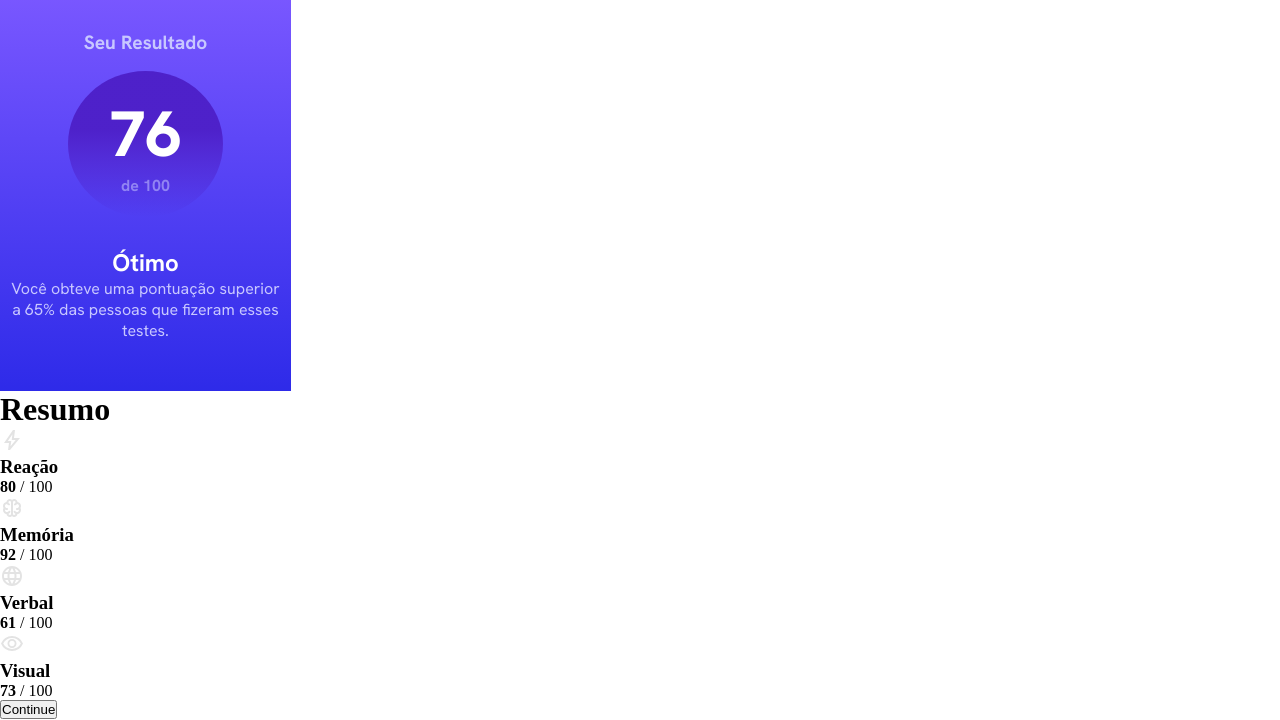
Repository: caique2512/resumo-de-resultados
Page: index.html
An editor plug-in stored every save of this project. The page is shown before and after the next save, followed by the edit.
The browser window is 1280 px wide. The pictures show the whole page.

Above is the page before, as saved 2026-03-09 17:03:44.

### index.html
<!DOCTYPE html>
<html lang="pt-br">
<head>
    <meta charset="UTF-8">
    <meta name="viewport" content="width=device-width, initial-scale=1.0">
    <title>Resumo de Resultados</title>
    <link rel="stylesheet" href="src/css/estilos.css">
    <link rel="stylesheet" href="src/css/reset.css">
</head>
<body>
    <main class="conteudo">
        <div class="principal">
            <h1 class="titulo">Seu Resultado</h1>
            <div class="circulo">
                <h2>76</h2>
                <p>de 100</p>
            </div>
            <h2 class="resultado">Ótimo</h2>
            <p class="subtitle">Você obteve uma pontuação superior a 65% das pessoas que fizeram esses testes.</p>
        </div>
        <div>
            <h1 class="titulo1">Resumo</h1>
            <div class="classes">
                <div class="resumo1">
                    <img src="./src/images/raio.svg" alt="Raio">
                    <h3>Reação</h3>
                    <p><strong>80</strong> / 100</p>
                </div>
                <div class="resumo2">
                    <img src="./src/images/memoria.svg" alt="Memória">
                    <h3>Memória</h3>
                    <p><strong>92</strong> / 100</p>
                </div>
                <div class="resumo3">
                    <img src="./src/images/mensagem.svg" alt="Mensagem">
                    <h3>Verbal</h3>
                    <p><strong>61</strong> / 100</p>
                </div>
                <div class="resumo4">
                    <img src="./src/images/olho.svg" alt="olho">
                    <h3>Visual</h3>
                    <p><strong>73</strong> / 100</p>
                </div>
            </div>
            <button class="btn-resumo">Continue</button>
        </div>
    </main>
</body>
</html>

### src/css/estilos.css
@import url('https://fonts.googleapis.com/css2?family=Hanken+Grotesk:ital,wght@0,100..900;1,100..900&display=swap');


.principal {
    background: linear-gradient(hsl(252, 100%, 67%), hsl(241, 81%, 54%));
    width: 291px;
    height: 391px;
    display: flex;
    flex-direction: column;
    align-items: center;
}

.titulo {
    color: hsl(241, 100%, 89%);
    font-family: "Hanken Grotesk";
    margin-top: 30px;
    font-size: 1.2rem;
}

.circulo {
    background: linear-gradient(hsla(256, 72%, 46%, 1) 40%, hsla(241, 72%, 46%, 0));
    width: 155px;
    height: 155px;
    border-radius: 50%;
    display: flex;
    align-items: center;
    justify-content: center;
    flex-direction: column;
    margin-top: 1rem;
}

.circulo h2 {
    font-size: 4rem;
    font-family: "Hanken Grotesk";
    font-weight: 800;
    color: hsl(0, 0%, 100%);
}

.circulo p {
    color: hsla(241, 100%, 89%, 0.538);
    font-family: "Hanken Grotesk";
    font-weight: 700;
}

.principal .resultado {
    color: white;
    font-family: "Hanken Grotesk";
    margin-top: 30px;

}

.principal .subtitle {
    color: hsl(241, 100%, 89%);
    font-family: "Hanken Grotesk";
    width: 270px;
    display: flex;
    text-align: center;
    margin-bottom: 50px;
}

Loaded but not shown: src/css/reset.css (common file)

After the next save:
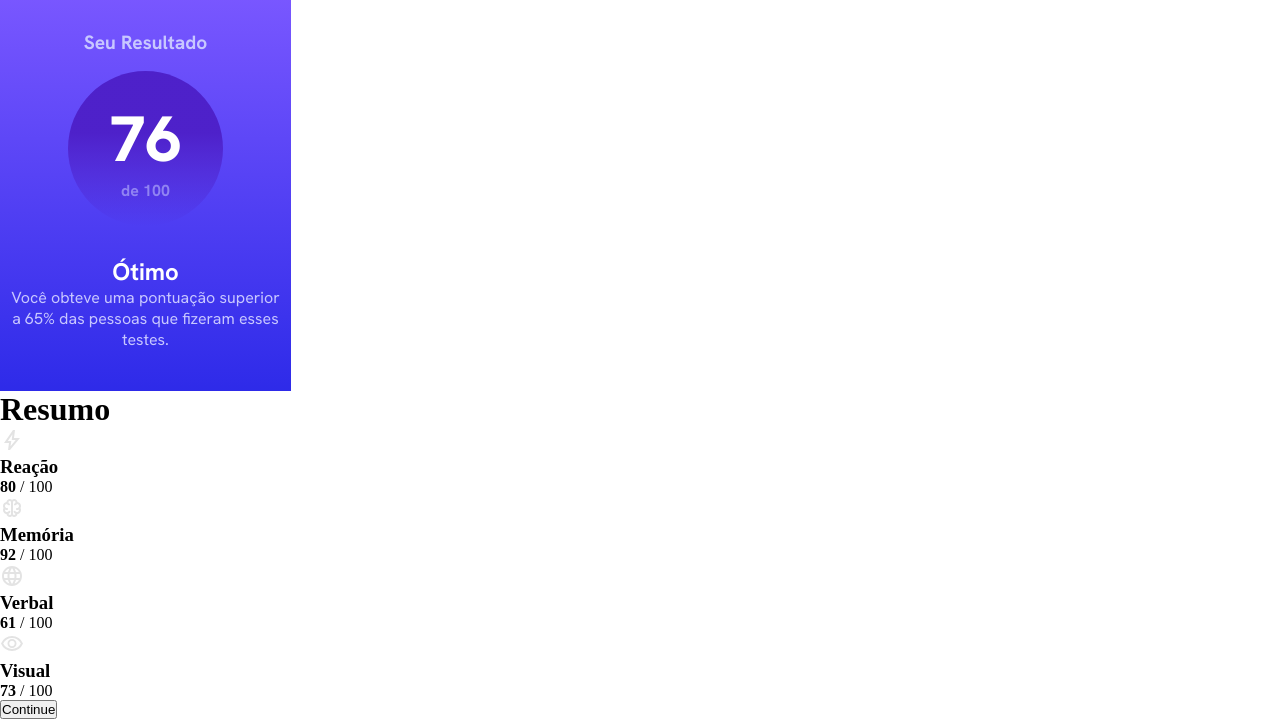
Saved 65 s later.
--- a/src/css/estilos.css
+++ b/src/css/estilos.css
@@ -55,5 +55,5 @@
     width: 270px;
     display: flex;
     text-align: center;
-    margin-bottom: 50px;
+    marginx;-bottom: 50p
 }
